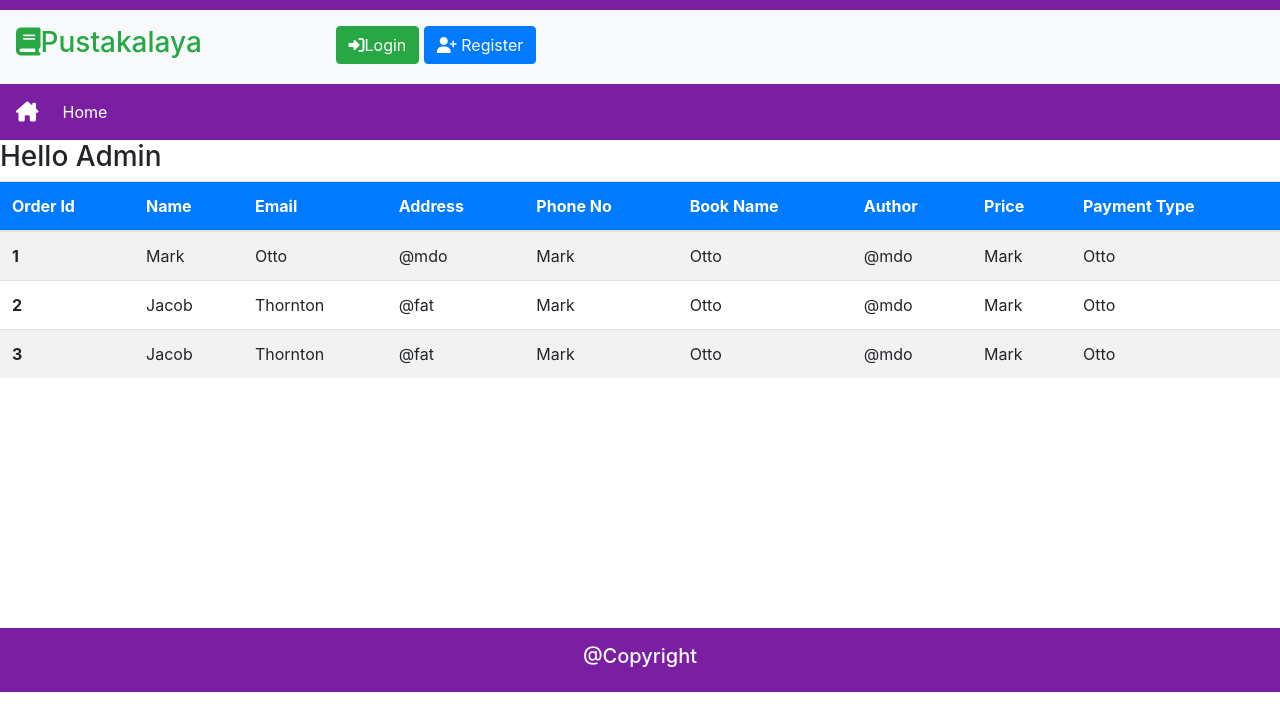
Repository: kalaprabhakar/Pustakalay_Web_Application
Page: http://localhost/E_Book_Management/admin/order.jsp
These files come from the project's save history. The page is drawn as it stood at one moment and after the next save; the edit follows.
The browser window is 1280 px wide. The pictures show the whole page.
Some web libraries are served in a nearby version. The page is served by Tomcat 10. Other server files are loaded and not shown. Queries for data that is not in the repository find no rows.

Above is the page before, as saved 2024-02-29 12:44:00.

### E_Book_Management/src/main/webapp/admin/order.jsp
<%@ page language="java" contentType="text/html; charset=ISO-8859-1"
	pageEncoding="ISO-8859-1"%>
<!DOCTYPE html>
<html>
<head>
<meta charset="ISO-8859-1">
<title>Admin: All Orders</title>
<%@ include file="allcss.jsp"%>
</head>
<body>
	<%@ include file="navbar.jsp"%>
	<h3 class="texr-center">Hello Admin</h3>

	<table class="table table-striped">
	<thead class="bg-primary text-white">
		<tr>
			<th scope="col">Order Id</th>
			<th scope="col">Name</th>
			<th scope="col">Email</th>
			<th scope="col">Address</th>
			<th scope="col">Phone No</th>
			<th scope="col">Book Name</th>
			<th scope="col">Author</th>
			<th scope="col">Price</th>
			<th scope="col">Payment Type</th>
		</tr>
		</thead>
		<tbody>
			<tr>
				<th scope="row">1</th>
				<td>Mark</td>
				<td>Otto</td>
				<td>@mdo</td>
				<td>Mark</td>
				<td>Otto</td>
				<td>@mdo</td>
				<td>Mark</td>
				<td>Otto</td>

			<tr>
				<th scope="row">2</th>
				<td>Jacob</td>
				<td>Thornton</td>
				<td>@fat</td>
				<td>Mark</td>
				<td>Otto</td>
				<td>@mdo</td>
				<td>Mark</td>
				<td>Otto</td>

			</tr>
			<tr>
				<th scope="row">3</th>
				<td>Jacob</td>
				<td>Thornton</td>
				<td>@fat</td>
				<td>Mark</td>
				<td>Otto</td>
				<td>@mdo</td>
				<td>Mark</td>
				<td>Otto</td>

			</tr>
		</tbody>
	</table>

	<div style="margin-top: 250px">
	<%@ include file="footer.jsp" %>
	</div>
</body>
</html>

### E_Book_Management/src/main/webapp/admin/allcss.jsp
<link rel="stylesheet"
	href="https://cdn.jsdelivr.net/npm/bootstrap@4.0.0/dist/css/bootstrap.min.css"
	integrity="sha384-Gn5384xqQ1aoWXA+058RXPxPg6fy4IWvTNh0E263XmFcJlSAwiGgFAW/dAiS6JXm"
	crossorigin="anonymous">

<script src="https://code.jquery.com/jquery-3.2.1.slim.min.js"
	integrity="sha384-KJ3o2DKtIkvYIK3UENzmM7KCkRr/rE9/Qpg6aAZGJwFDMVNA/GpGFF93hXpG5KkN"
	crossorigin="anonymous"></script>
<script
	src="https://cdn.jsdelivr.net/npm/popper.js@1.12.9/dist/umd/popper.min.js"
	integrity="sha384-ApNbgh9B+Y1QKtv3Rn7W3mgPxhU9K/ScQsAP7hUibX39j7fakFPskvXusvfa0b4Q"
	crossorigin="anonymous"></script>
<script
	src="https://cdn.jsdelivr.net/npm/bootstrap@4.0.0/dist/js/bootstrap.min.js"
	integrity="sha384-JZR6Spejh4U02d8jOt6vLEHfe/JQGiRRSQQxSfFWpi1MquVdAyjUar5+76PVCmYl"
	crossorigin="anonymous"></script>
<link rel="stylesheet"
	href="https://cdnjs.cloudflare.com/ajax/libs/font-awesome/6.5.1/css/all.min.css"
	integrity="sha512-DTOQO9RWCH3ppGqcWaEA1BIZOC6xxalwEsw9c2QQeAIftl+Vegovlnee1c9QX4TctnWMn13TZye+giMm8e2LwA=="
	crossorigin="anonymous" referrerpolicy="no-referrer" />

	<link  rel="stylesheet" href="style.css"/>

### E_Book_Management/src/main/webapp/admin/navbar.jsp
<%@ taglib prefix="c" uri="http://java.sun.com/jsp/jstl/core"%>
<%@ page isELIgnored="false"%>

<div class="container-fluid"
	style="height: 10px; background-color: #7B1FA2"></div>

<div class="container-fluid p-3 bg-light">
	<div class="row">
		<div class="col-md-3 text-success">
			<h3>
				<i class="fa-solid fa-book"></i>Pustakalaya
			</h3>
		</div>


		<div class="col-md-3">
			<c:if test="${ not empty userobj}">
				<a  class="btn btn-success text-white"><i
					class="fa-solid fa-user-plus"></i> ${userobj.name}</a>

					<a  data-toggle="modal" data-target="#exampleModalCenter"class="btn btn-success"><i
					class="fa-solid fa-right-to-bracket"></i> Logout</a>
			</c:if>
			<c:if test="${empty userobj }">
				<a href="login.jsp" class="btn btn-success"><i
					class="fa-solid fa-right-to-bracket"></i>Login</a>

				<a href="register.jsp" class="btn btn-primary"><i
					class="fa-solid fa-user-plus"></i> Register</a>
			</c:if>



		</div>
	</div>


</div>
<!-- Logout model -->



<!-- Modal -->
<div class="modal fade" id="exampleModalCenter" tabindex="-1" role="dialog" aria-labelledby="exampleModalCenterTitle" aria-hidden="true">
  <div class="modal-dialog modal-dialog-centered" role="document">
    <div class="modal-content">
      <div class="modal-header">
        <h5 class="modal-title" id="exampleModalLongTitle"></h5>
        <button type="button" class="close" data-dismiss="modal" aria-label="Close">
          <span aria-hidden="true">&times;</span>
        </button>
      </div>
      <div class="modal-body">
      <div class="text-center">
       <h4>Do You Want Logout</h4>
        <button type="button" class="btn btn-secondary" data-dismiss="modal">Cancle</button>
        <a href="../logout" type="button" class="btn btn-primary text-whilte">Logout</a>
      </div>
      </div>
      <div class="modal-footer">

      </div>
    </div>
  </div>
</div>


<!-- end lgout model -->


<nav class="navbar navbar-expand-lg navbar-dark bg-custom">
	<a class="navbar-brand" href="#"><i
		class="fa-solid fa-house-chimney"></i></a>
	<button class="navbar-toggler" type="button" data-toggle="collapse"
		data-target="#navbarSupportedContent"
		aria-controls="navbarSupportedContent" aria-expanded="false"
		aria-label="Toggle navigation">
		<span class="navbar-toggler-icon"></span>
	</button>

	<div class="collapse navbar-collapse" id="navbarSupportedContent">
		<ul class="navbar-nav mr-auto">
			<li class="nav-item active"><a class="nav-link" href="home.jsp">Home
					<span class="sr-only">(current)</span>
			</a></li>

			</form>
	</div>
</nav>

### E_Book_Management/src/main/webapp/admin/footer.jsp
<div class="container-fluied text-center text-light p-3 mt-2" style="background-color: #7B1FA2 ">
  <h5>@Copyright</h5>
</div>

### E_Book_Management/src/main/webapp/admin/style.css
.bg-custom {
	background-color : #7B1FA2 ;
}

.navbar .nav-item:hover .nav-link{

	background-color: white;
	color : black;
	border-radius : 20px ;
}

### E_Book_Management/src/main/java/com/kuu/dao/IBookOrderADO.java
package com.kuu.dao;

import java.util.List;

import com.kuu.beans.Book_Order;

public interface IBookOrderADO {



	boolean saveOrder(List<Book_Order> book);

	public List<Book_Order> getBook( String email);

	public List<Book_Order> getBookAdmin();

}

### E_Book_Management/src/main/java/com/kuu/dao/BookOrderDAOImpl.java
package com.kuu.dao;

import java.sql.Connection;
import java.sql.PreparedStatement;
import java.sql.ResultSet;
import java.util.ArrayList;
import java.util.List;

import com.kuu.beans.Book_Order;
import com.kuu.factories.ConnectionFactory;

public class BookOrderDAOImpl implements IBookOrderADO {

	private static final String BOOK_ORDER = "SELECT * FROM BOOK_ORDER";
	private static final String SAVE_ORDER = "INSERT INTO BOOK_ORDER( ORDER_ID , USER_NAME , EMAIL , ADDRESS ,PHONE , BOOK_NAME , AUTHOR , PRICE , PAYMENT ) VALUES(?,?,?,?,?,?,?,?,?)";
    private static final String GET_ORDER_LIST = "SELECT * FROM BOOK_ORDER WHERE EMAIL = ?";
	private static final String GET_ORDER_LIST_ADMIN = " SELECT * FROM BOOK_ORDER";

	@Override
	public boolean saveOrder(List<Book_Order> book) {

		boolean flag = false ;

		try {

			Connection con  = ConnectionFactory.getConnection();
			con.setAutoCommit(flag);
			PreparedStatement ps  = con.prepareStatement(SAVE_ORDER);

			for(Book_Order  b : book) {
				ps.setString(1,b.getOrderId() );
				ps.setString(2,b.getUserName() );
				ps.setString(3,b.getEmail() );
				ps.setString(4,b.getFulladdr() );
				ps.setString(5,b.getPhone() );
				ps.setString(6,b.getBookName() );
				ps.setString(7,b.getAuthor() );
				ps.setDouble(8,b.getPrice() );
				ps.setString(9,b.getPayment() );

				ps.addBatch();
			}

			int [] count =ps.executeBatch();
			con.commit();
			flag =  true;
			con.setAutoCommit(true);


		}catch (Exception e) {
			e.printStackTrace();
		}


		return flag;
	}

	@Override
	public List<Book_Order> getBook( String email) {

		List<Book_Order> list = new ArrayList<Book_Order>();

		Book_Order book  = null;

		try {
			Connection conn = ConnectionFactory.getConnection();
			PreparedStatement ps  = conn.prepareStatement(GET_ORDER_LIST);
			 ps.setString(1, email);
			ResultSet rs = ps.executeQuery();

			while(rs.next()) {
				book = new Book_Order();
				book.setId(rs.getInt(1));
				book.setOrderId(rs.getString(2));
				book.setUserName(rs.getString(3));
				book.setEmail(rs.getString(4));
				book.setFulladdr(rs.getString(5));
				book.setPhone(rs.getString(6));
				book.setBookName(rs.getString(7));
				book.setAuthor(rs.getString(8));
				book.setPrice(rs.getDouble(9));
				book.setPayment(rs.getString(10));

				list.add(book);
			}

		}catch (Exception e) {
			e.printStackTrace();
		}

		return list;
	}

	@Override
	public List<Book_Order> getBookAdmin() {

List<Book_Order> list = new ArrayList<Book_Order>();

		Book_Order book  = null;

		try {
			Connection conn = ConnectionFactory.getConnection();
			PreparedStatement ps  = conn.prepareStatement(GET_ORDER_LIST_ADMIN);

			ResultSet rs = ps.executeQuery();

			while(rs.next()) {
				book = new Book_Order();
				book.setId(rs.getInt(1));
				book.setOrderId(rs.getString(2));
				book.setUserName(rs.getString(3));
				book.setEmail(rs.getString(4));
				book.setFulladdr(rs.getString(5));
				book.setPhone(rs.getString(6));
				book.setBookName(rs.getString(7));
				book.setAuthor(rs.getString(8));
				book.setPrice(rs.getDouble(9));
				book.setPayment(rs.getString(10));

				list.add(book);
			}

		}catch (Exception e) {
			e.printStackTrace();
		}

		return list;
	}

}

### E_Book_Management/src/main/java/com/kuu/factories/ConnectionFactory.java
package com.kuu.factories;

import java.sql.Connection;
import java.sql.DriverManager;

public class ConnectionFactory {

	private static Connection connection ;

	static {
		try {
			Class.forName("com.mysql.jdbc.Driver");
			connection = DriverManager.getConnection("jdbc:mysql://localhost:3306/ebook", "root", "root");

		}catch (Exception e) {
			e.printStackTrace();
		}
	}

	public static Connection getConnection() {
		return connection;
	}
}

After the next save:
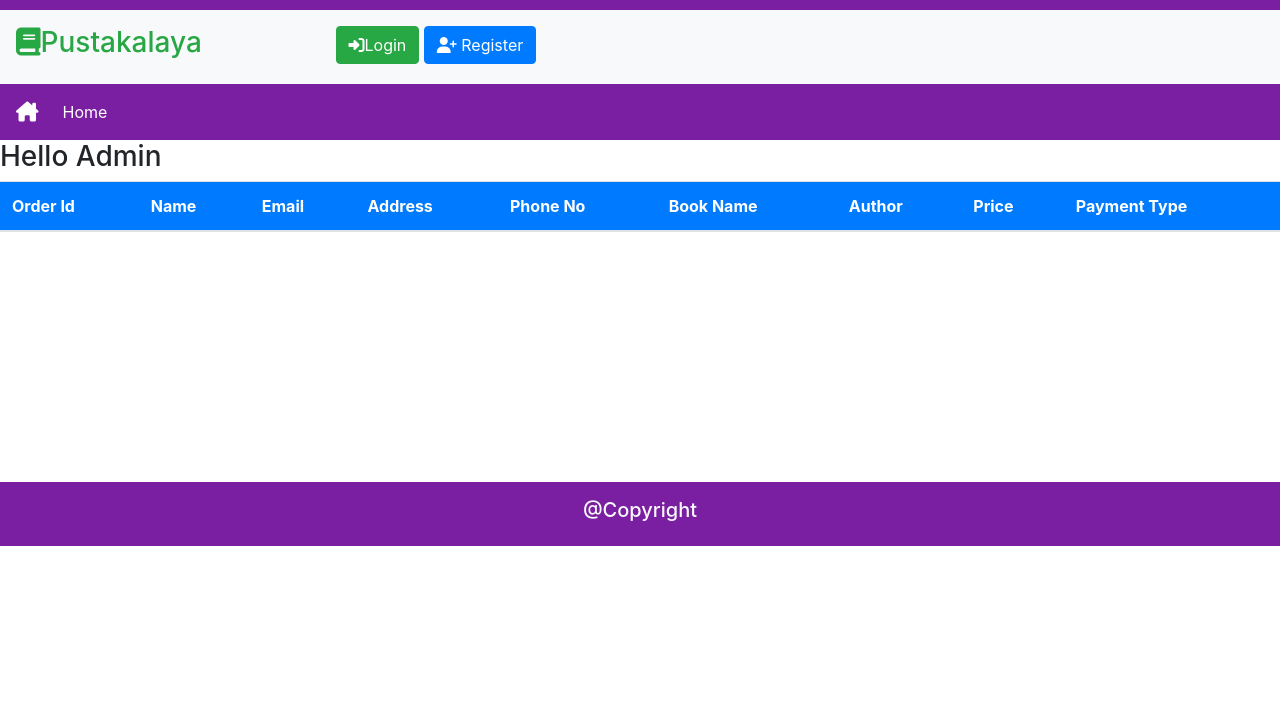
Saved 24 min 46 s later.
--- a/E_Book_Management/src/main/webapp/admin/order.jsp
+++ b/E_Book_Management/src/main/webapp/admin/order.jsp
@@ -1,3 +1,6 @@
+<%@page import="com.kuu.beans.Book_Order"%>
+<%@page import="java.util.List"%>
+<%@page import="com.kuu.dao.BookOrderDAOImpl"%>
 <%@ page language="java" contentType="text/html; charset=ISO-8859-1"
 	pageEncoding="ISO-8859-1"%>
 <!DOCTYPE html>
@@ -26,41 +29,33 @@
 		</tr>
 		</thead>
 		<tbody>
-			<tr>
-				<th scope="row">1</th>
-				<td>Mark</td>
-				<td>Otto</td>
-				<td>@mdo</td>
-				<td>Mark</td>
-				<td>Otto</td>
-				<td>@mdo</td>
-				<td>Mark</td>
-				<td>Otto</td>
+		<%
+
+		 BookOrderDAOImpl dao = new BookOrderDAOImpl();
+		List<Book_Order> list = dao.getBookAdmin();
+		for(Book_Order book : list){
+
+
+			%>
 
 			<tr>
-				<th scope="row">2</th>
-				<td>Jacob</td>
-				<td>Thornton</td>
-				<td>@fat</td>
-				<td>Mark</td>
-				<td>Otto</td>
-				<td>@mdo</td>
-				<td>Mark</td>
-				<td>Otto</td>
+				<th scope="row"><%=book.getOrderId() %></th>
+				<td><%=book.getBookName() %></td>
+				<td><%=book.getEmail() %></td>
+				<td><%=book.getFulladdr() %></td>
+				<td><%=book.getPhone() %></td>
+				<td><%=book.getBookName() %></td>
+				<td><%=book.getAuthor() %></td>
+				<td><%=book.getPrice() %></td>
+				<td><%=book.getPayment() %></td>
+			</tr>
 
-			</tr>
-			<tr>
-				<th scope="row">3</th>
-				<td>Jacob</td>
-				<td>Thornton</td>
-				<td>@fat</td>
-				<td>Mark</td>
-				<td>Otto</td>
-				<td>@mdo</td>
-				<td>Mark</td>
-				<td>Otto</td>
+			<%
+		}
 
-			</tr>
+		%>
+
+
 		</tbody>
 	</table>
 
